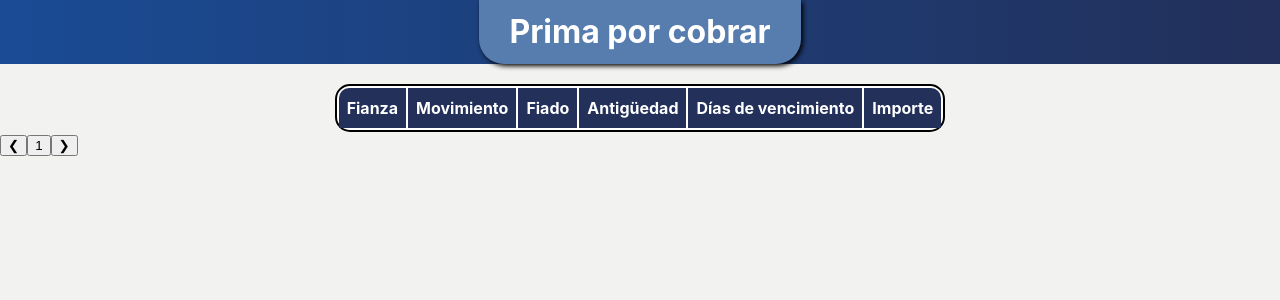
Repository: PCGP22/prueba-t-cnica-liberty-finanzas
Page: / (app in Prueba técnica full-stack/client/)
These files come from the project's save history. The page is drawn as it stood at one moment and after the next save; the edit follows.
The browser window is 1280 px wide. The pictures show the whole page.
The page's requests for data from a server got no answer. The project was rebuilt for these pictures with package versions that can differ from the ones it lists, and the page was loaded fresh each time. No one was signed in, and anything a server would have sent is missing. Also part of the build but not shown: Prueba técnica full-stack/client/vite.config.js, Prueba técnica full-stack/client/src/components/Card.jsx, Prueba técnica full-stack/client/src/components/CardsContainer.jsx, Prueba técnica full-stack/client/src/components/Filters.jsx.

Above is the page before, as saved 2023-11-14 08:06:31.

After the next save:
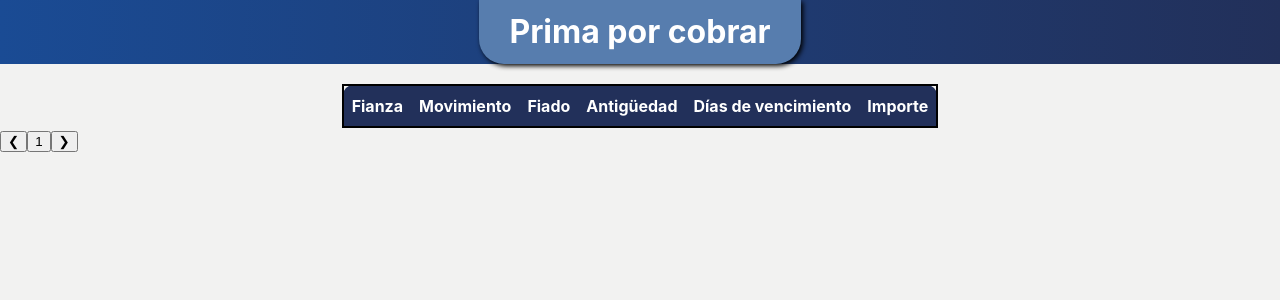
Saved 12 s later.
--- a/Prueba técnica full-stack/client/src/index.css
+++ b/Prueba técnica full-stack/client/src/index.css
@@ -149,4 +149,5 @@ table tr th{
 
 table{
   border: black solid 2px;
+  border-collapse: collapse;
 }
